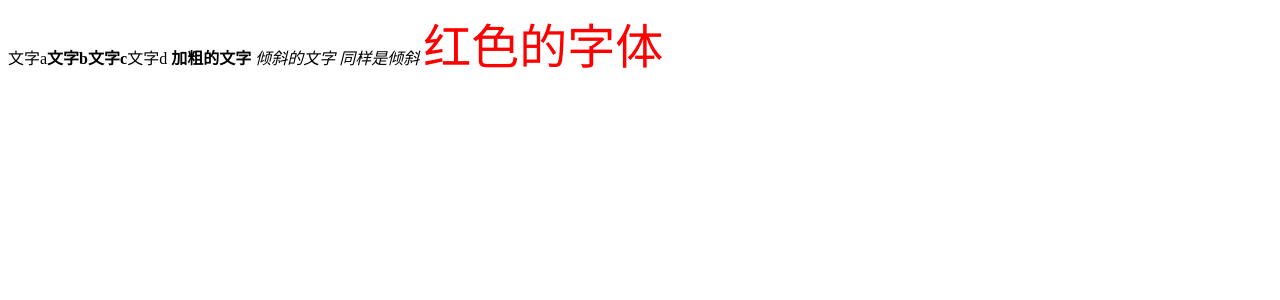
Repository: lqcoffical/basic-frontCode
Page: demohtml/文本标签.html
These files come from the project's save history. The page is drawn as it stood at one moment and after the next save; the edit follows.
The browser window is 1280 px wide. The pictures show the whole page.

Above is the page before, as saved 2019-10-15 15:54:09.

After the next save:
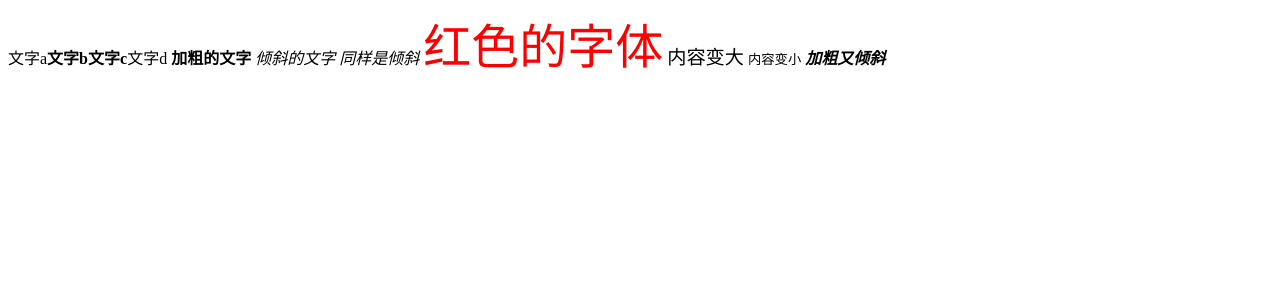
Saved 15 min 34 s later.
--- a/demohtml/文本标签.html
+++ b/demohtml/文本标签.html
@@ -18,5 +18,11 @@
     <!-- 下划线：<u></u>和<ins></ins>标签表示下划线 -->
     <!-- 设置字体：<font></font>标签可以通过其属性对字体进行设置 color：字体颜色 size：字体大小(1~7) face：样式 -->
     <font color = "red" size = "7" face = "楷体">红色的字体</font>
+    <!-- <big></big>,<small></small>使内容变大变小，变大是缩放115%，变小是85% -->
+    <big>内容变大</big>
+    <small>内容变小</small>
+    <!-- <sup></sup>上标：例如幂次。<sub></sub>下标：例如化学式H2O -->
+    <!-- 标签的嵌套：比如又想加粗又想倾斜。注意不能交叉嵌套就可以 -->
+    <i><b>加粗又倾斜</b></i>
 </body>
 </html>
